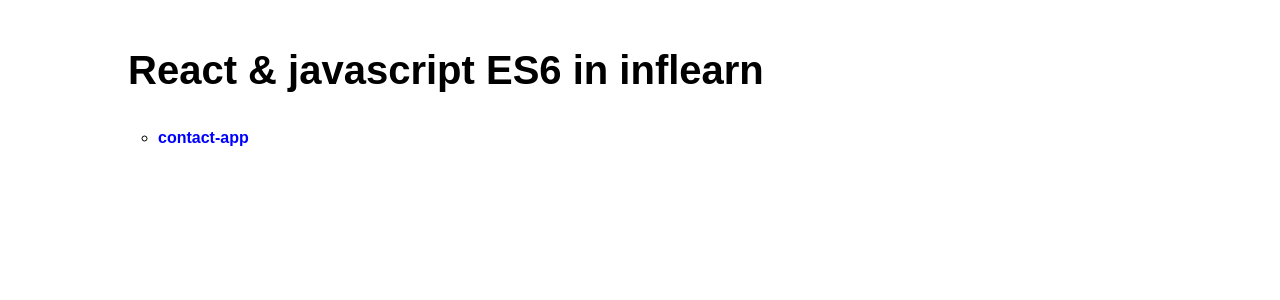
Repository: Hjinyyyy/react_beginner
Page: index.html
The author's editor kept a copy of each file at every save. The page is drawn from the files as they stood at one save, then again after the next save.
The browser window is 1280 px wide. The pictures show the whole page.

Above is the page before, as saved 2021-10-26 14:31:28.

After the next save:
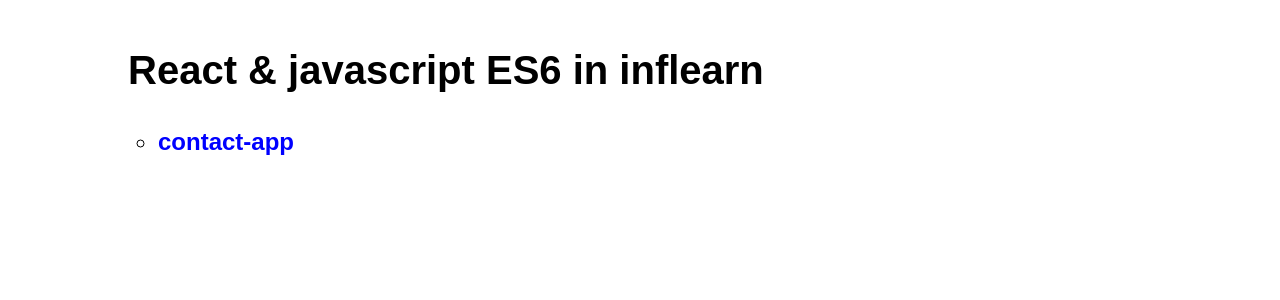
Saved 13 s later.
--- a/css/default.css
+++ b/css/default.css
@@ -1,6 +1,6 @@
 .wrap { margin: 50px auto; width: 80%; }
 .wrap h2 { font-size: 2.5rem; font-weight: 600; }
 .wrap ul { margin: 40px 0 0; }
-.wrap li { list-style: circle; margin: 20px 0 0 30px; }
+.wrap li { list-style: circle; margin: 20px 0 0 30px; font-size: 1.5rem; }
 .wrap li:first-child { margin: 0 0 0 30px; }
 .wrap li a { color: blue; font-weight: 600; }
